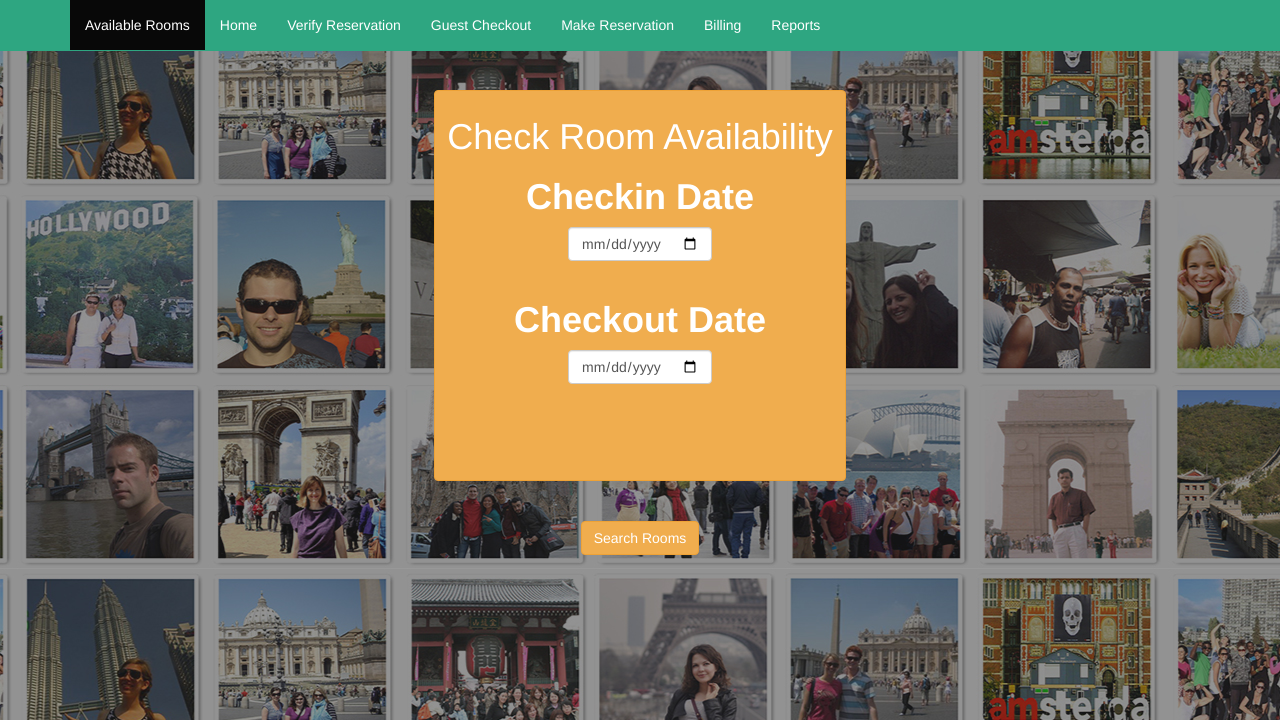
Repository: arjunshukla/CMPE-275_Team-07_Term-Project_Mini-Hotel-Manager
Page: NodeJS_webapp/client/chart.html
The author's editor kept a record of every edit. The page is drawn from the files as they stood at one moment, then again after the next edit.
The browser window is 1280 px wide. The pictures show the whole page.
Some web libraries are served in a nearby version.

Above is the page before.

### NodeJS_webapp/client/chart.html
<!DOCTYPE html>
<html lang="en">

<head>
    <meta charset="utf-8">
    <meta http-equiv="X-UA-Compatible" content="IE=edge">
    <meta name="viewport" content="width=device-width, initial-scale=1">
    <!-- The above 3 meta tags *must* come first in the head; any other head content must come *after* these tags -->
    <meta name="description" content="">
    <meta name="author" content="">
    <link rel="icon" href="../../favicon.ico">

    <title>Reservation</title>

    <!-- Bootstrap core CSS -->
    <link href="./css/bootstrap.min.css" rel="stylesheet">
    <!--<link href="./css/bootstrap.css" rel="stylesheet">-->

    <link href="./css/new-template.css" rel="stylesheet">



</head>

<body>

    <nav class="navbar navbar-inverse navbar-fixed-top">
        <div class="container">
            <div class="navbar-header">
                <button type="button" class="navbar-toggle collapsed" data-toggle="collapse" data-target="#navbar" aria-expanded="false" aria-controls="navbar">
                    <span class="sr-only">Toggle navigation</span>
                    <span class="icon-bar"></span>
                    <span class="icon-bar"></span>
                    <span class="icon-bar"></span>
                </button>
                <!--<a class="navbar-brand" href="#">Pally App</a>-->
            </div>
            <div id="navbar" class="collapse navbar-collapse">
                <ul class="nav navbar-nav">
                      <li class="active"><a href="availableRooms">Available Rooms</a></li>
			<li><a href="index">Home</a></li>
			 <li><a href="verifyReservation">Verify Reservation</a></li>
            <li><a href="checkout">Guest Checkout</a></li>
            <li><a href="makeReservation">Make Reservation</a></li>
            <li><a href="billing">Billing</a></li>
            <li><a href="report">Reports</a></li>
                </ul>
            </div>
            <!--/.nav-collapse -->
        </div>
    </nav>

    <div class="container">

        <div class="starter-template">
            <!--   <h1>Bootstrap starter template</h1>
        <p class="lead">Use this document as a way to quickly start any new project.<br> All you get is this text and a mostly barebones HTML document.</p>
         -->
            <!--<div class="row">-->

            <!--<div class="col-sm-3">-->


            <form class="form-inline" role="form" name='chart' action="/chart" method='POST' enctype='application/json'>
                <div class="btn  btn-warning">
                    <h1>Check Room Availability<br/><h1>

            <label for="checkin_date">Checkin Date</label>
            <br/>
           <input type="date" class="form-control" ng-model="checkin_date" placeholder="Select checkin date" required><br/><br/>

         <label for="checkout_date">Checkout Date</label>
         <br/>
          <input type="date" class="form-control" ng-model="checkout_date" placeholder="Select checkout date" required><br/><br/>
         <!--  <label for="checkout_date">Number of Rooms</label>-->
         <!--<br/>-->
         <!-- <input type="text" class="form-control" ng-model="room_no" placeholder="Select number of rooms" required><br/><br/>-->

         <!--  <label>Room Type</label>-->
         <!--  <br/>-->
         <!--  <select class="form-control" name ="room_type" required>-->
         <!--    <option value="" disabled selected>---Select---</option>-->
         <!--    <option value="K">King</option>-->
         <!--    <option value="Q">Queen</option>-->
         <!--    <option value="SK">Smoking-King</option>-->
         <!--    <option value="SQ">Smoking-Queen</option>-->
         <!--    <select>-->
             <br/>
       </div>
       <br>
       <br></br>
        <button type="submit" class="btn  btn-warning">Search Rooms</button>
          </form>
  </div>


<!--</div>-->

        </div>

   <!--     <div class="col-sm-6">-->
   <!--   <div class="pallylogo">  -->

  	<!--<div class="row">-->
  	<!--	<div class="col-sm-12" >-->
		 <!-- 		   <div class="logo"> -->
		 <!--			   <a href="#"><img src="./images/pallylogo.png" height="151" width="197" border="0" alt="" /></a>-->
		 <!--  			 </div>-->
  	<!--	</div>-->
  	<!--</div>  -->


  	<div class="row">
  	<!--  <div class="col-sm-12" >
				  		  <div class="textbox_wrap">
								<span class="email-error"></span>
								<span style="display:none" class="pally_alert_done"><img src="" height="" width="" border="0" alt="" /></span>
		  				  </div>
  		</div>-->
  		<!--<div class="col-sm-12" >-->

  	<!--	<div class="field-area">-->
			<!--   <form action="/sendEmail" method="POST">-->
		 <!--  			   <input name="userEmail" type="email" required placeholder="Enter e-mail for invite">-->
		 <!--    		 <input type="submit" class="text_button_1" value="OK">-->
   <!-- 		  </form>-->
   <!-- 		  <form class="form-inline" role="form">-->
   <!-- 		   <div class="form-group">-->
   <!--				 <input type="email" class="form-control" id="email" placeholder="Enter email-id for Invite" required>-->
 		<!--	 </div>-->
 		<!--	  <button type="submit" class="btn  btn-warning">Submit</button>-->
   <!-- 		  </form>-->
	  <!--</div>-->

  		<!--</div>-->
  	</div>


   <!--  <div class="textbox_wrap">
	<span class="email-error"></span>
	<span style="display:none" class="pally_alert_done"><img src="" height="" width="" border="0" alt="" /></span>
    </div>

	<div class="field-area">
	  <form action="/sendEmail" method="POST">
      <input name="userEmail" type="email" required placeholder="Enter e-mail for invite" style="width:50%; margin-left:200px; font-size:20px; padding:15px 15px; border-radius:5px;">
      <input type="submit" class="text_button_1" value="OK">
      </form>
	  </div>-->

       </div>
        </div>

        </div>


      </div>

    </div><!-- /.container -->


    <!-- Bootstrap core JavaScript
    ================================================== -->
    <!-- Placed at the end of the document so the pages load faster -->
    <script src="https://ajax.googleapis.com/ajax/libs/jquery/1.11.3/jquery.min.js"></script>
    <script src="./js/bootstrap.min.js"></script>

  </body>
</html>

### NodeJS_webapp/client/css/new-template.css
body {

  padding-top: 50px;

  overflow:scroll;
    background-image: url(../images/bg.jpg) ;
  background-position: 0px 0px;
	background-repeat: repeat-x repeat-y;
	-webkit-animation: animatedBackground 40s linear infinite;
-moz-animation: animatedBackground 40s linear infinite;
-o-animation: animatedBackground 40s linear infinite;
-ms-animation: animatedBackground 40s linear infinite;
animation: animatedBackground 40s linear infinite;


	-webkit-animation: animatedBackground 40s linear infinite;

}

.starter-template {
  padding: 40px 15px;
  text-align: center;



}

@keyframes animatedBackground {
	from { background-position: 0 0; }
	to { background-position: 100% 0; }
}
@keyframes animatedBackground {
	from { background-position: 0 0; }
	to { background-position: 100% 0; }
}
@-webkit-keyframes animatedBackground {
	from { background-position: 0 0; }
	to { background-position: 100% 0; }
}
@-moz-keyframes animatedBackground {
	from { background-position: 0 0; }
	to { background-position: 100% 0; }
}
@-o-keyframes animatedBackground {
	from { background-position: 0 0; }
	to { background-position: 100% 0; }
}
@-ms-keyframes animatedBackground {
	from { background-position: 0 0; }
	to { background-position: 100% 0; }
}

 /*.carousel-inner > .item > img,
  .carousel-inner > .item > a > img {
      width: 100%;
      margin: auto;
	  border-radius:5px;
  }*/

  #myCarousel
  {
  border-radius:5px;
  }

  .navbar-inverse{

 background-color: #2ea681;
 border-color:#2ea681;
  }

.navbar-inverse .navbar-nav>li>a{

	color:#ffffff;
}

.navbar-inverse .navbar-brand{
	color:#ffffff;

}
.field-area{
	    margin-top:20px;
}

.pallylogo{
	 margin-top:30px;

}

.carousel-control{

	width: 0;
}

Loaded but not shown: NodeJS_webapp/client/css/bootstrap.min.css (library); NodeJS_webapp/client/js/bootstrap.min.js (library)

After the next edit:
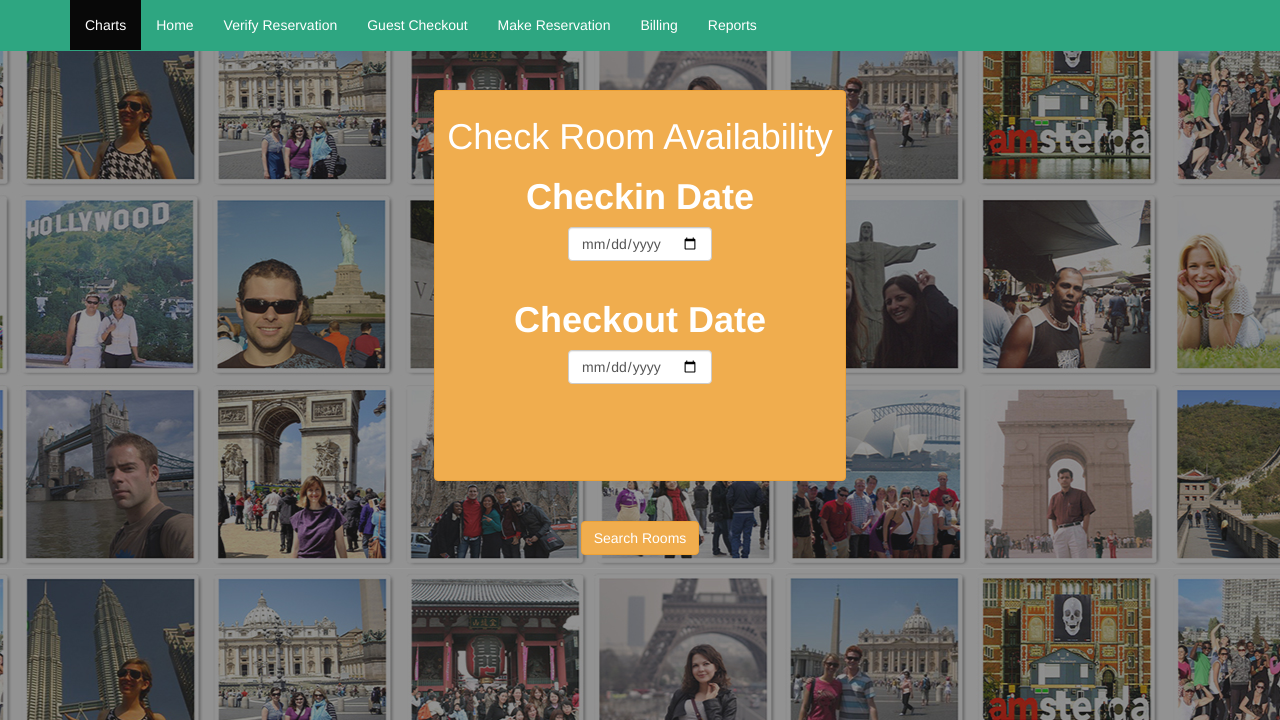
The edit:
--- a/NodeJS_webapp/client/chart.html
+++ b/NodeJS_webapp/client/chart.html
@@ -37,7 +37,7 @@
             </div>
             <div id="navbar" class="collapse navbar-collapse">
                 <ul class="nav navbar-nav">
-                      <li class="active"><a href="availableRooms">Available Rooms</a></li>
+            <li class="active"><a href="chart">Charts</a></li>
 			<li><a href="index">Home</a></li>
 			 <li><a href="verifyReservation">Verify Reservation</a></li>
             <li><a href="checkout">Guest Checkout</a></li>
